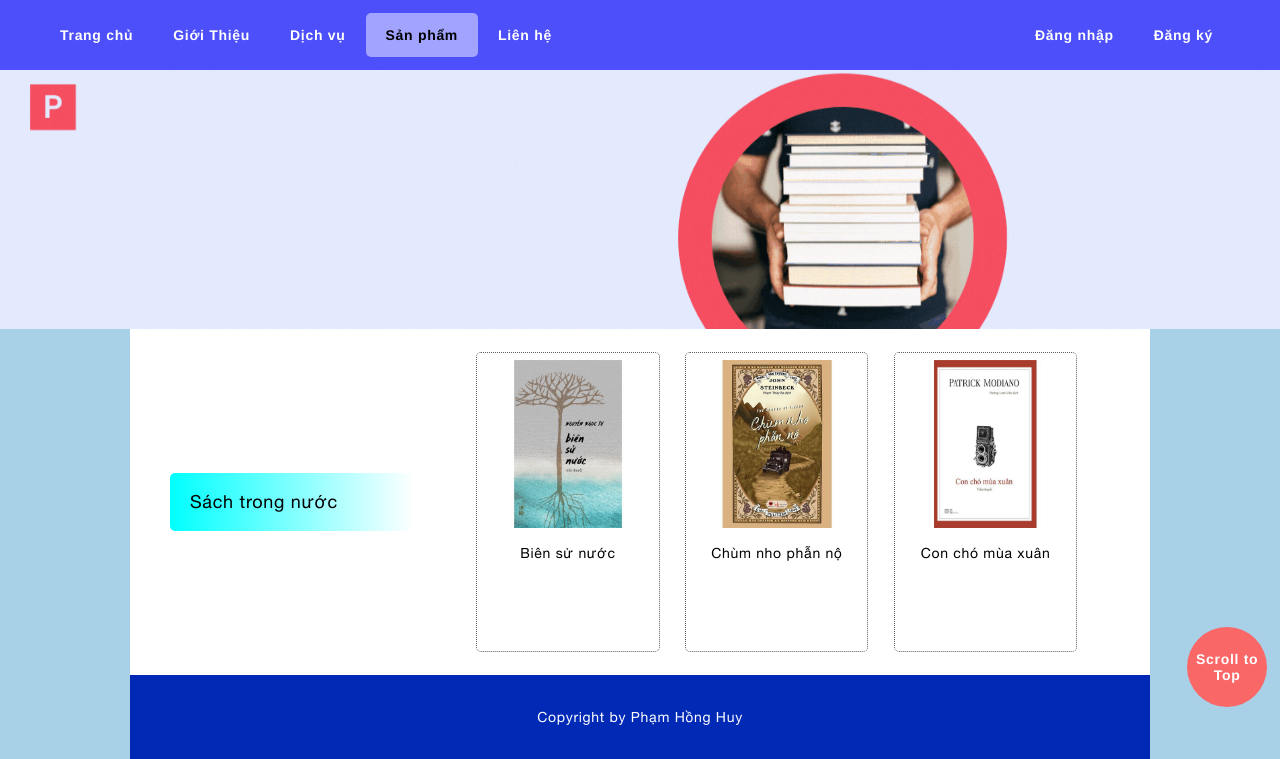
Repository: phamhonghuy/bookstore
Page: product.html
An editor plug-in stored every save of this project. The page is shown before and after the next save, followed by the edit.
The browser window is 1280 px wide. The pictures show the whole page.

Above is the page before, as saved 2021-10-14 23:22:06.

After the next save:
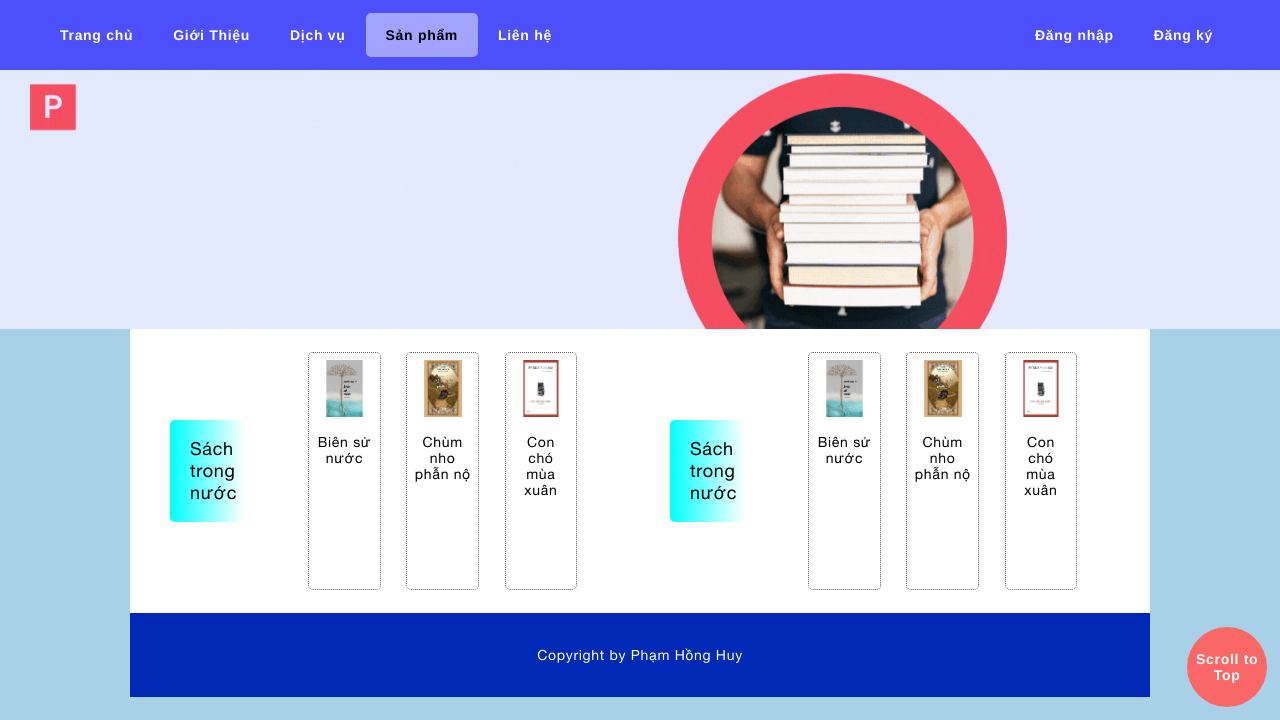
Saved 29 s later.
--- a/product.html
+++ b/product.html
@@ -76,6 +76,32 @@
         </form>
       </div>
     </div>
+    <div class="product-title"><p class="ebook-title-text">Sách trong nước</p></div>
+    <div class="product-item">
+      <div class="item">
+        <a href="./item1.html"> <img src="./image/book1.jpg" alt="item1"></a>
+        <p>Biên sử nước</p>
+        <form>
+          <button name="buy_button" type="submit" onclick="alert('Bấm vào bìa sách để xem chi tiết')" value="1">Tìm hiểu thêm</button>
+        </form>
+      </div>
+      <div class="item">
+        <a href="./item2.html"> <img src="./image/book2.jpg" alt="item1"></a>
+        <p>Chùm nho phẫn nộ</p>
+        <form>
+          <button name="buy_button" type="submit" onclick="alert('Bấm vào bìa sách để xem chi tiết')" value="1">Tìm hiểu thêm</button>
+        </form>
+      </div>
+      <div class="item">
+        <a href="./item3.html"> <img src="./image/book3.jpg" alt="item1"></a>
+
+        <p>Con chó mùa xuân</p>
+        <form>
+          <button name="buy_button" type="submit" onclick="alert('Bấm vào bìa sách để xem chi tiết')" value="1">Tìm hiểu thêm</button>
+        </form>
+      </div>
+    </div>
+
     <button onclick='window.scrollTo({top: 0, behavior: "smooth"});' class="scrollTotop">Scroll to Top</button>
 
   </div>

After the 2 saves that followed:
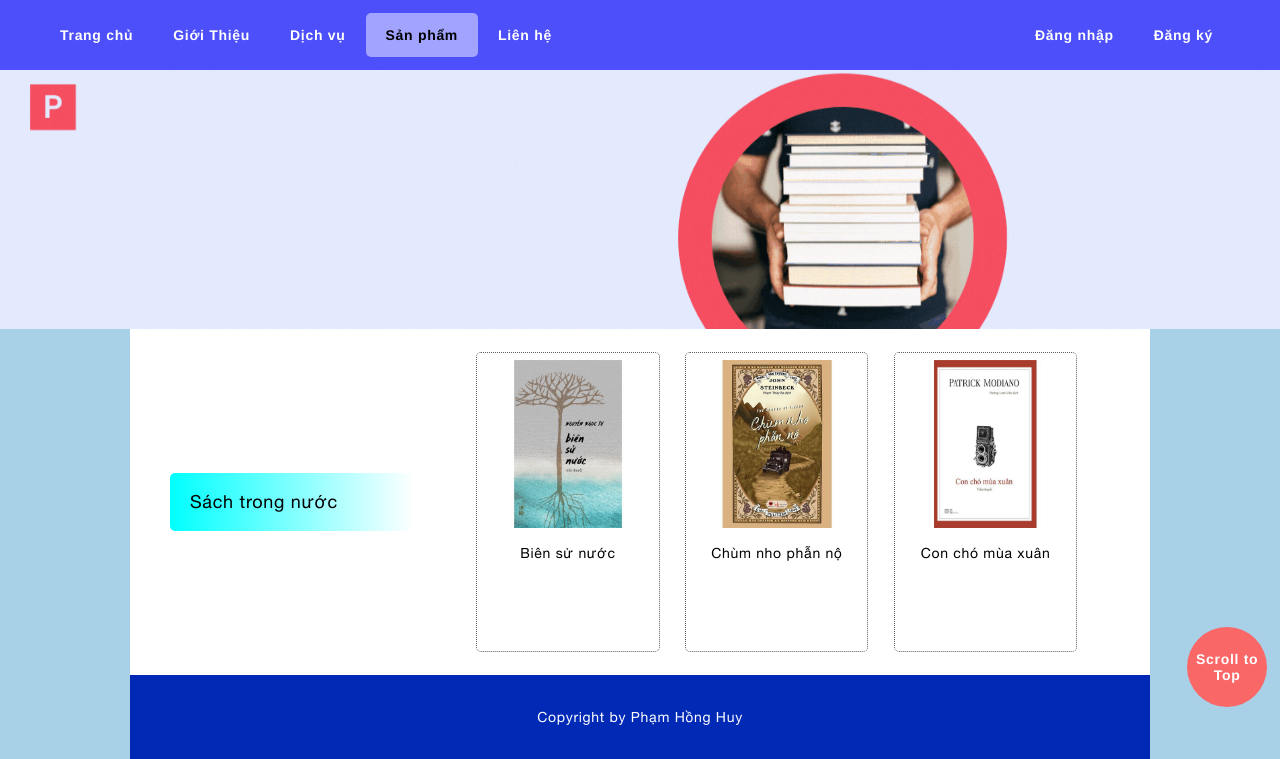
The 2 saves are shown as one change because they came seconds apart.
The last was saved 7 s later.
--- a/product.html
+++ b/product.html
@@ -76,31 +76,6 @@
         </form>
       </div>
     </div>
-    <div class="product-title"><p class="ebook-title-text">Sách trong nước</p></div>
-    <div class="product-item">
-      <div class="item">
-        <a href="./item1.html"> <img src="./image/book1.jpg" alt="item1"></a>
-        <p>Biên sử nước</p>
-        <form>
-          <button name="buy_button" type="submit" onclick="alert('Bấm vào bìa sách để xem chi tiết')" value="1">Tìm hiểu thêm</button>
-        </form>
-      </div>
-      <div class="item">
-        <a href="./item2.html"> <img src="./image/book2.jpg" alt="item1"></a>
-        <p>Chùm nho phẫn nộ</p>
-        <form>
-          <button name="buy_button" type="submit" onclick="alert('Bấm vào bìa sách để xem chi tiết')" value="1">Tìm hiểu thêm</button>
-        </form>
-      </div>
-      <div class="item">
-        <a href="./item3.html"> <img src="./image/book3.jpg" alt="item1"></a>
-
-        <p>Con chó mùa xuân</p>
-        <form>
-          <button name="buy_button" type="submit" onclick="alert('Bấm vào bìa sách để xem chi tiết')" value="1">Tìm hiểu thêm</button>
-        </form>
-      </div>
-    </div>
 
     <button onclick='window.scrollTo({top: 0, behavior: "smooth"});' class="scrollTotop">Scroll to Top</button>
 
